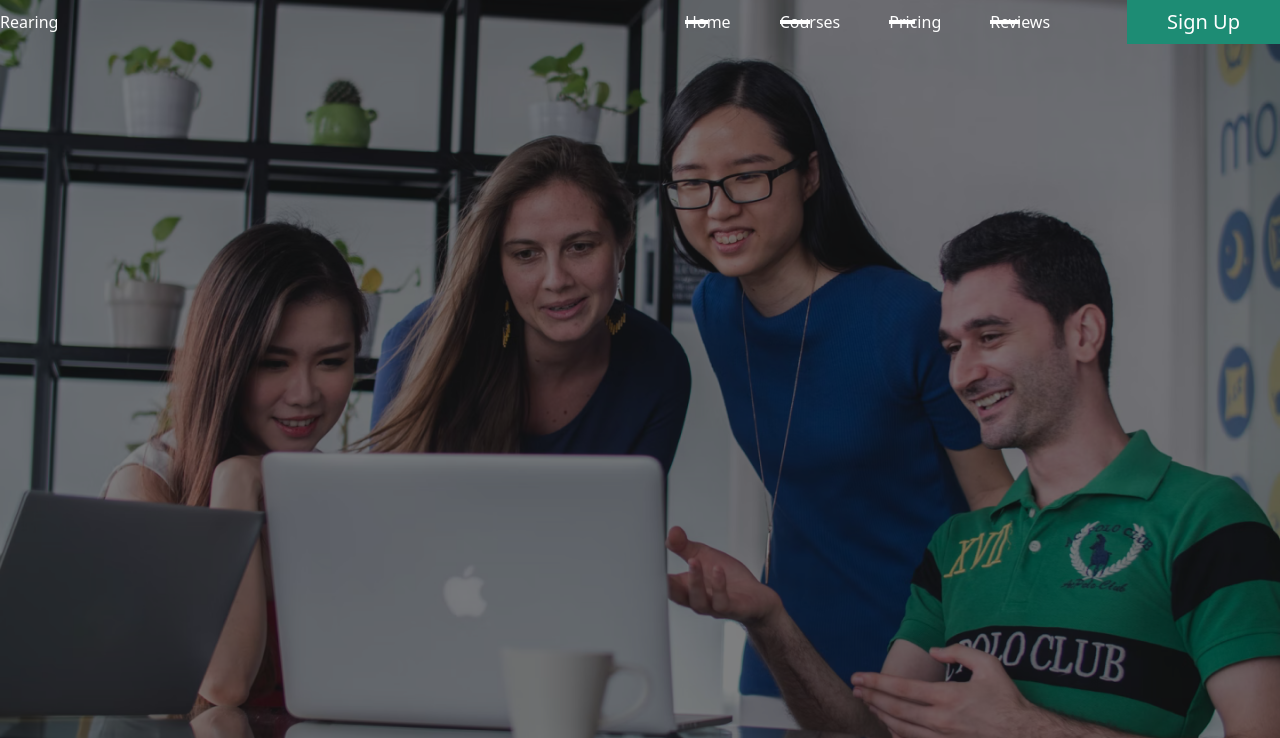
Repository: vandangnhathung/educationplatform
Page: /
An editor plug-in stored every save of this project. The page is shown before and after the next save, followed by the edit.
The browser window is 1280 px wide. The pictures show the whole page.
The project was rebuilt for these pictures with package versions that can differ from the ones it lists, and the page was loaded fresh each time.

Above is the page before, as saved 2022-06-20 14:53:18.

### src/index.js
import React from "react";
import ReactDOM from "react-dom/client";
import App from "./App";
import reportWebVitals from "./reportWebVitals";
import "./index.css";
const root = ReactDOM.createRoot(document.getElementById("root"));
root.render(
  <React.StrictMode>
    <App />
  </React.StrictMode>
);

// If you want to start measuring performance in your app, pass a function
// to log results (for example: reportWebVitals(console.log))
// or send to an analytics endpoint. Learn more: https://bit.ly/CRA-vitals
reportWebVitals();

### src/App.js
import Header from "./components/Header";

function App() {
  return (
    <>
      <Header></Header>
    </>
  );
}

export default App;

### src/index.css
@tailwind base;
@tailwind components;
@tailwind utilities;

*,
*::before,
*::after {
  box-sizing: border-box;
}
* {
  margin: 0;
  padding: 0;
}

html,
body {
  height: 100%;
}
body {
  line-height: 1.5;
}

img,
picture,
video,
canvas,
svg {
  display: block;
  max-width: 100%;
}
input,
button,
textarea,
select {
  font: inherit;
  outline: none;
}
p,
h1,
h2,
h3,
h4,
h5,
h6 {
  overflow-wrap: break-word;
}

.container {
  max-width: 1280px;
  margin: 0 auto;
  width: 100%;
}

.active {
  position: relative;
}

.active::before {
  content: "";
  display: block;
  position: absolute;
  bottom: 10px;
  width: 50%;
  padding: 2px;
  left: 0;
  background-color: #fff;
}

### src/components/Header.js
import React, { useEffect } from "react";
import headerImg from "../images/Images.png";
const Header = () => {
  const headerNav = [
    {
      id: 1,
      title: "Home",
    },
    {
      id: 2,
      title: "Courses",
    },
    {
      id: 3,
      title: "Pricing",
    },
    {
      id: 4,
      title: "Reviews",
    },
  ];
  return (
    <header>
      <div className="relative">
        <img src={headerImg} alt="header_img" className="w-full" />
        <div className="absolute inset-0 bg-black opacity-50"></div>
        <div class="absolute top-0  left-0 right-0 ">
          <div class="container ">
            <div className=" text-white flex items-center justify-between">
              <div className="">Rearing</div>
              <div className="flex items-center justify-center">
                <nav className="mr-[77px]">
                  <ul className="flex items-center justify-center gap-x-[49px] ">
                    {headerNav.map((item) => (
                      <li className="active" key={item.id}>
                        {item.title}
                      </li>
                    ))}
                  </ul>
                </nav>
                <button className="py-2 px-10 bg-[#1D8C74] text-white text-xl ">
                  Sign Up
                </button>
              </div>
            </div>
          </div>
        </div>
      </div>
    </header>
  );
};

export default Header;

Loaded but not shown: public/index.html (common file); src/reportWebVitals.js (common file); tailwind.config.js (common file)

After the next save:
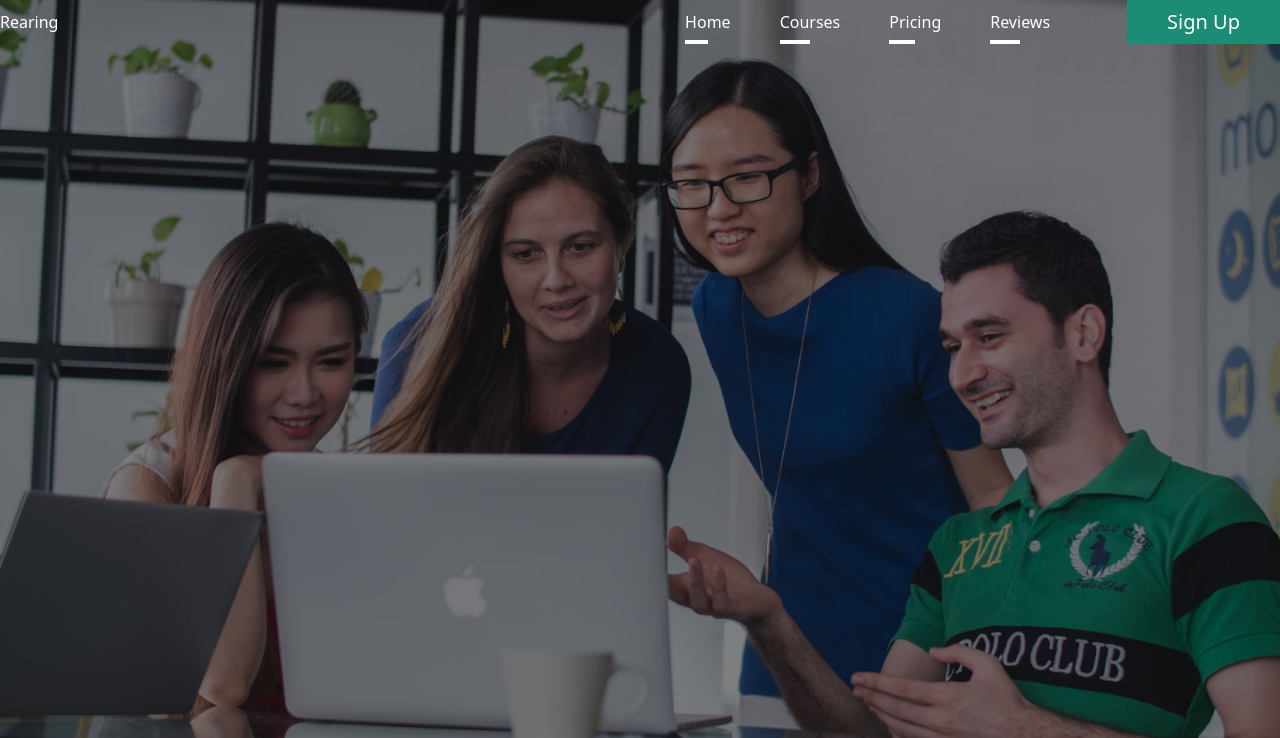
Saved 12 s later.
--- a/src/index.css
+++ b/src/index.css
@@ -59,7 +59,7 @@ h6 {
   content: "";
   display: block;
   position: absolute;
-  bottom: 10px;
+  bottom: -10px;
   width: 50%;
   padding: 2px;
   left: 0;
